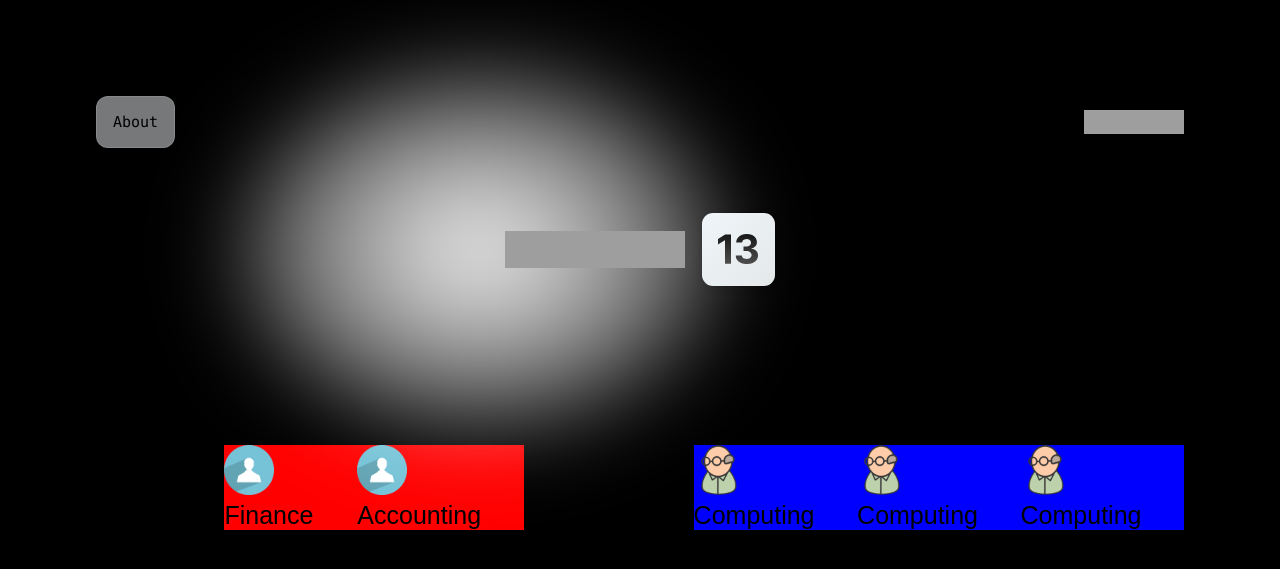
Repository: cheungglenda/MDIA2109-Week3
Page: /
These files come from the project's save history. The page is drawn as it stood at one moment and after the next save; the edit follows.
The browser window is 1280 px wide. The pictures show the whole page.
Pictures or frames that could not be fetched are drawn as grey boxes. The project was rebuilt for these pictures with package versions that can differ from the ones it lists, and the page was loaded fresh each time. The framework's server and built-in components were replaced by stand-ins that run in the browser. Also part of the build but not shown: next.config.js.

Above is the page before, as saved 2023-01-20 12:04:13.

After the next save:
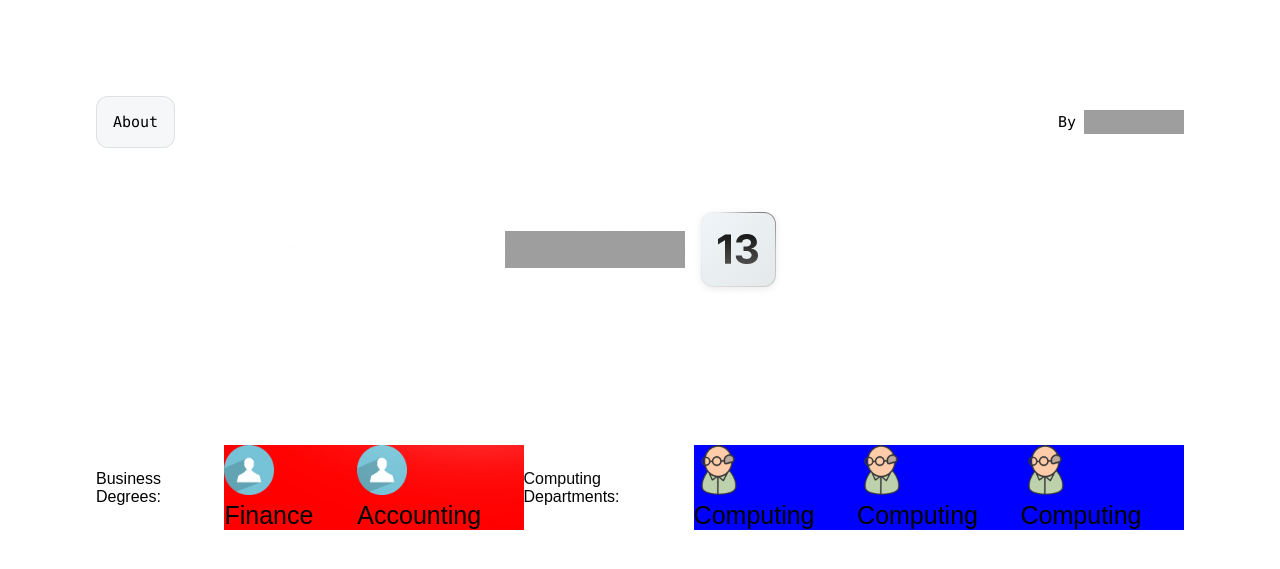
Saved 10 s later.
--- a/styles/Home.module.css
+++ b/styles/Home.module.css
@@ -6,7 +6,7 @@
   padding: 6rem;
   font-family:arial;
   min-height: 100vh;
-  background-color: black;
+  background-color: rgb(255, 255, 255);
 }
 
 .links {
